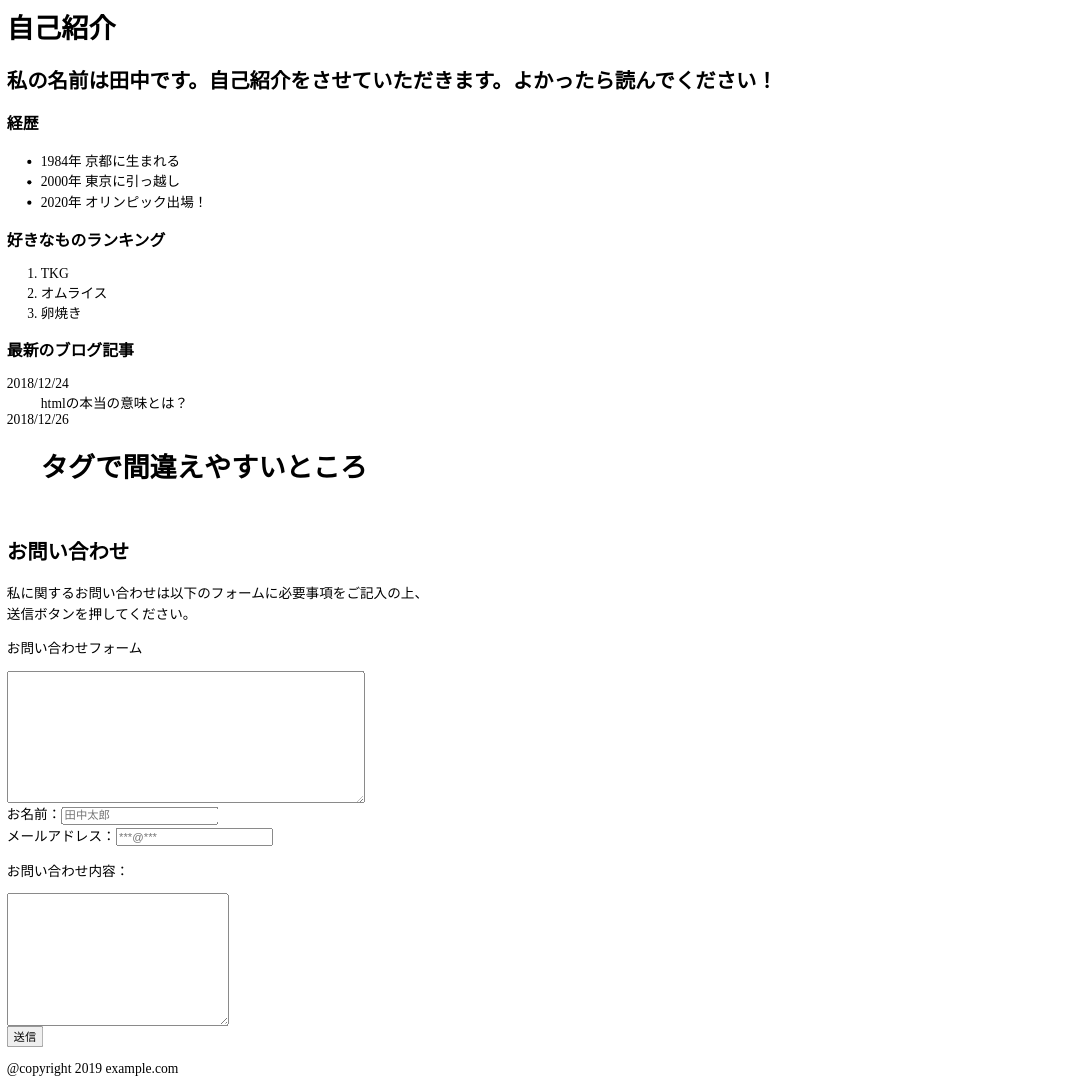
Repository: wairoku/suretigai1
Page: jack.html
An editor plug-in stored every save of this project. The page is shown before and after the next save, followed by the edit.
The browser window is 1280 px wide. The pictures show the whole page, at 85% of full size.

Above is the page before, as saved 2019-01-02 20:56:23.

### jack.html

<body>

<h1>自己紹介</h1>

    <h2>私の名前は田中です。自己紹介をさせていただきます。よかったら読んでください！</h2>


        <h3>経歴</h3>
    <div>
        <ul>
            <li>1984年 京都に生まれる</li>
            <li>2000年 東京に引っ越し</li>
            <li>2020年 オリンピック出場！</li>
        </ul>
    </div>

            <h3>好きなものランキング</h3>
    <div>
        <ol>
            <li>TKG</li>
            <li>オムライス</li>
            <li>卵焼き</li>
        </ol>
    </div>

        <h3>最新のブログ記事</h3>
    <dl>
        <dt>2018/12/24</dt>
            <dd>htmlの本当の意味とは？</dd>
         <dt>2018/12/26</dt>
            <dd><span><h1>タグで間違えやすいところ</span></dd>
    </dl>


<br>

 <h2>お問い合わせ</h2>
        <p>私に関するお問い合わせは以下のフォームに必要事項をご記入の上、<br>
           送信ボタンを押してください。</p>

    <form>

        <p>お問い合わせフォーム</p>

            <textarea name="" id="" cols="50" rows="10"></textarea>

            <div>
                お名前：<input type="text" placeholder="田中太郎">
            </div>


            <div>
                メールアドレス：<input type="text" placeholder="***@***">
            </div>


            <div>
                <p>お問い合わせ内容：</p>
                <textarea name="" id="" cols="30" rows="10"></textarea>
            </div>

                <input type="button" value="送信">


    </form>


<footer>@copyright 2019 example.com</footer>


</body>

After the next save:
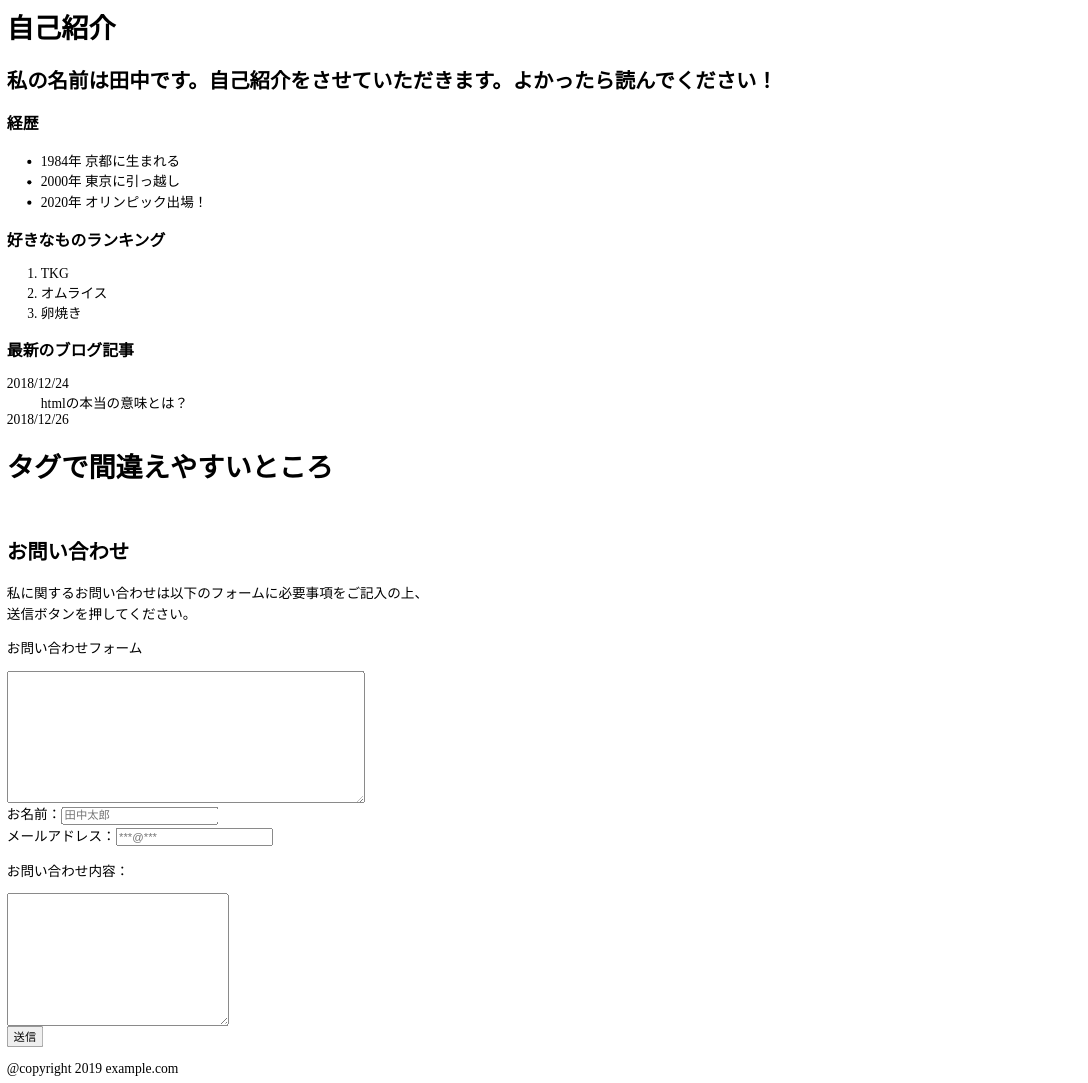
Saved 17 s later.
--- a/jack.html
+++ b/jack.html
@@ -29,7 +29,7 @@
         <dt>2018/12/24</dt>
             <dd>htmlの本当の意味とは？</dd>
          <dt>2018/12/26</dt>
-            <dd><span><h1>タグで間違えやすいところ</span></dd>
+            <span><h1>タグで間違えやすいところ</span>
     </dl>
 
 
